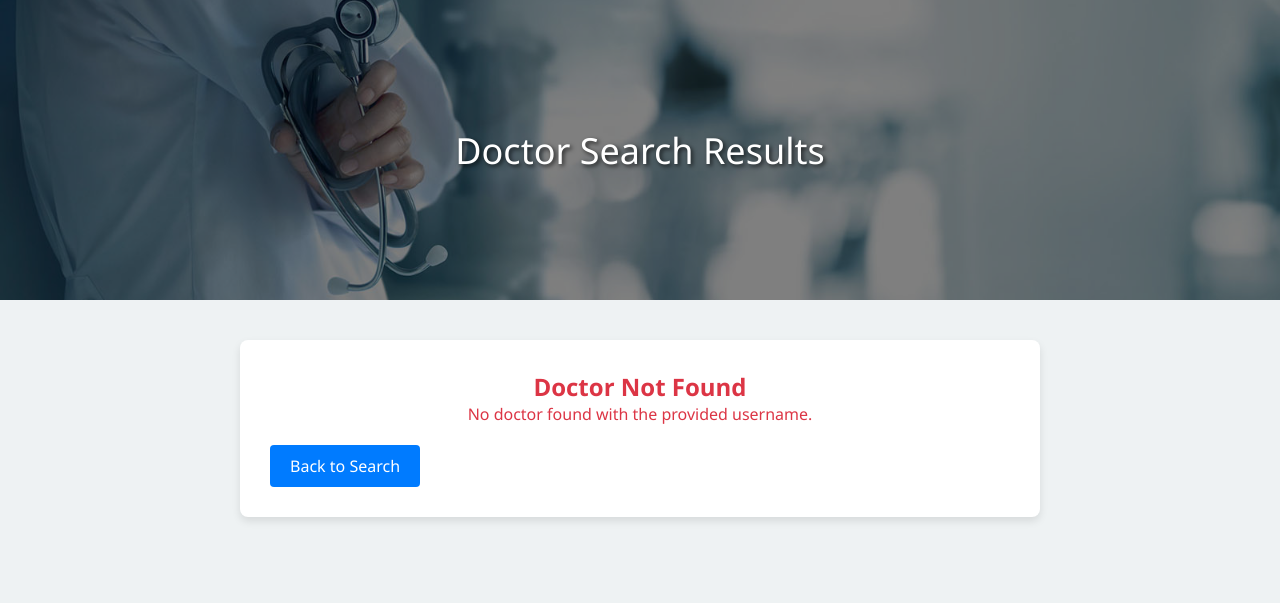
Repository: AriaFantom/Minor-Project
Page: http://localhost/Project/result.jsp
The author's editor kept a copy of each file at every save. The page is drawn from the files as they stood at one save, then again after the next save.
The browser window is 1280 px wide. The pictures show the whole page.
Some web fonts or font styles are not loaded; a fallback is used. The page is served by Tomcat 10. The template is opened directly, without the code that normally fills it, so the values that code supplies are empty.

Above is the page before, as saved 2025-01-14 18:58:45.

After the next save:
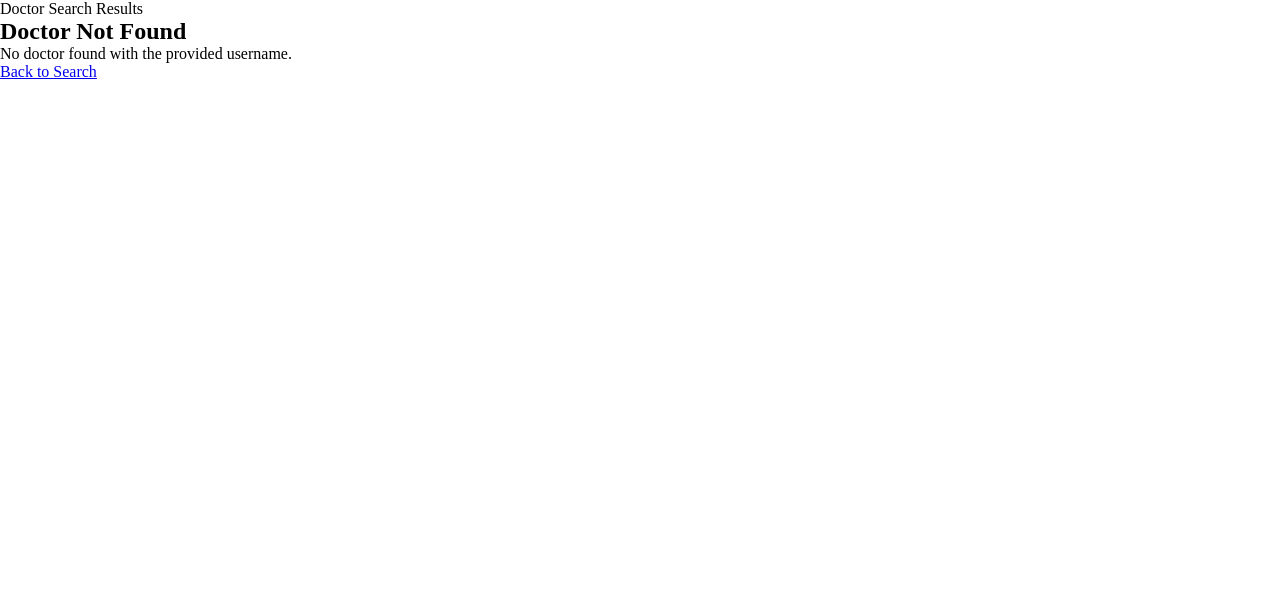
Saved 13 s later.
--- a/Project/src/main/webapp/result.jsp
+++ b/Project/src/main/webapp/result.jsp
@@ -6,116 +6,6 @@
     <meta charset="UTF-8">
     <title>Doctor Search Result</title>
     <link rel="stylesheet" href="css/index.css">
-    <style>
-        body {
-            font-family: 'Segoe UI', Tahoma, Geneva, Verdana, sans-serif;
-            margin: 0;
-            padding: 0;
-            background-color: #eef2f3;
-        }
-        .header {
-            position: relative;
-            width: 100%;
-            height: 300px;
-            background-image: url('assets/bg2.jpg');
-            background-size: cover;
-            background-position: center;
-            display: flex;
-            align-items: center;
-            justify-content: center;
-        }
-        .header-overlay {
-            position: absolute;
-            top: 0;
-            left: 0;
-            width: 100%;
-            height: 100%;
-            background-color: rgba(0, 0, 0, 0.5);
-        }
-        .header-title {
-            position: relative;
-            color: white;
-            font-size: 36px;
-            z-index: 1;
-            text-shadow: 2px 2px 4px rgba(0,0,0,0.7);
-        }
-        .content {
-            padding: 40px 20px;
-            display: flex;
-            flex-direction: column;
-            align-items: center;
-        }
-        .result-container {
-            background-color: #ffffff;
-            border-radius: 8px;
-            padding: 30px;
-            box-shadow: 0 4px 8px rgba(0,0,0,0.1);
-            width: 100%;
-            max-width: 800px;
-        }
-        .not-found {
-            color: #dc3545;
-            text-align: center;
-        }
-        .doctor-card {
-            display: flex;
-            align-items: center;
-            background-color: #f8f9fa;
-            border: 1px solid #dee2e6;
-            border-radius: 8px;
-            padding: 20px;
-            margin: 15px 0;
-            transition: box-shadow 0.3s ease;
-        }
-        .doctor-card:hover {
-            box-shadow: 0 8px 16px rgba(0,0,0,0.2);
-        }
-        .doctor-image {
-            width: 100px;
-            height: 100px;
-            border-radius: 50%;
-            background-color: #6c757d;
-            background-size: cover;
-            background-position: center;
-            margin-right: 20px;
-        }
-        .doctor-info {
-            flex: 1;
-        }
-        .doctor-name {
-            font-size: 20px;
-            font-weight: bold;
-            margin: 0;
-            color: #343a40;
-        }
-        .doctor-specialist {
-            font-size: 16px;
-            color: #6c757d;
-            margin: 5px 0 0 0;
-        }
-        .back-button {
-            display: inline-block;
-            margin-top: 20px;
-            padding: 10px 20px;
-            background-color: #007bff;
-            color: white;
-            text-decoration: none;
-            border-radius: 4px;
-            transition: background-color 0.3s ease;
-        }
-        .back-button:hover {
-            background-color: #0056b3;
-        }
-        @media (max-width: 600px) {
-            .doctor-card {
-                flex-direction: column;
-                align-items: flex-start;
-            }
-            .doctor-image {
-                margin-bottom: 15px;
-            }
-        }
-    </style>
 </head>
 <body>
     <!-- Header Section with Landscape Image -->

After the save that followed:
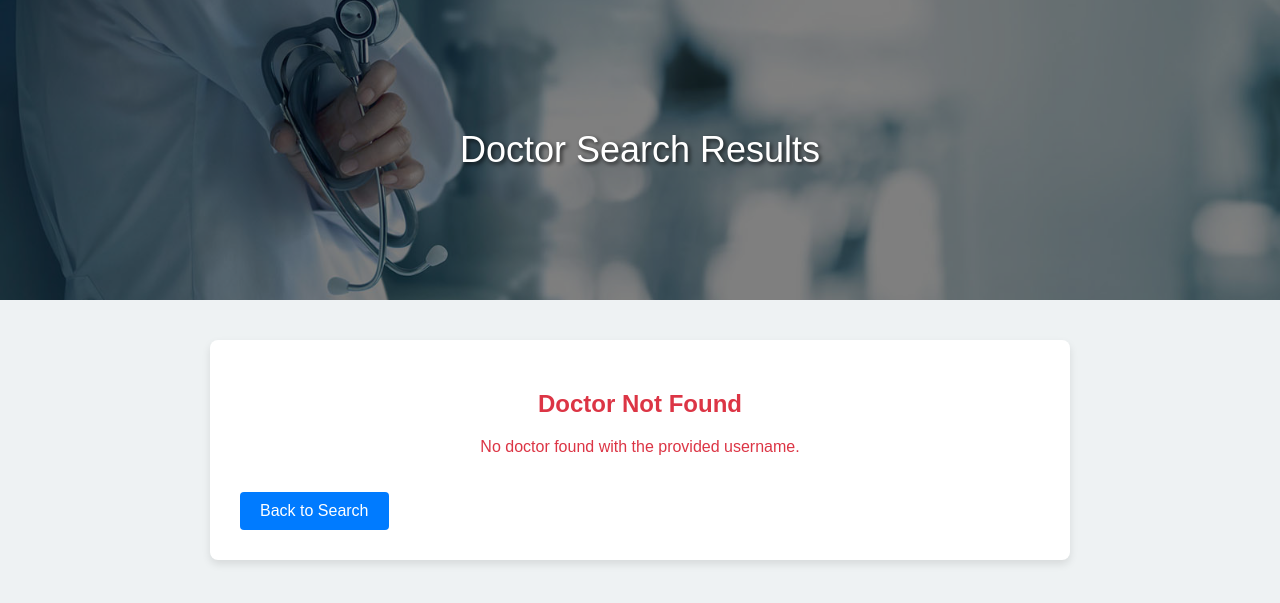
Saved 5 s later.
--- a/Project/src/main/webapp/result.jsp
+++ b/Project/src/main/webapp/result.jsp
@@ -5,7 +5,7 @@
 <head>
     <meta charset="UTF-8">
     <title>Doctor Search Result</title>
-    <link rel="stylesheet" href="css/index.css">
+    <link rel="stylesheet" href="css/search.css">
 </head>
 <body>
     <!-- Header Section with Landscape Image -->
